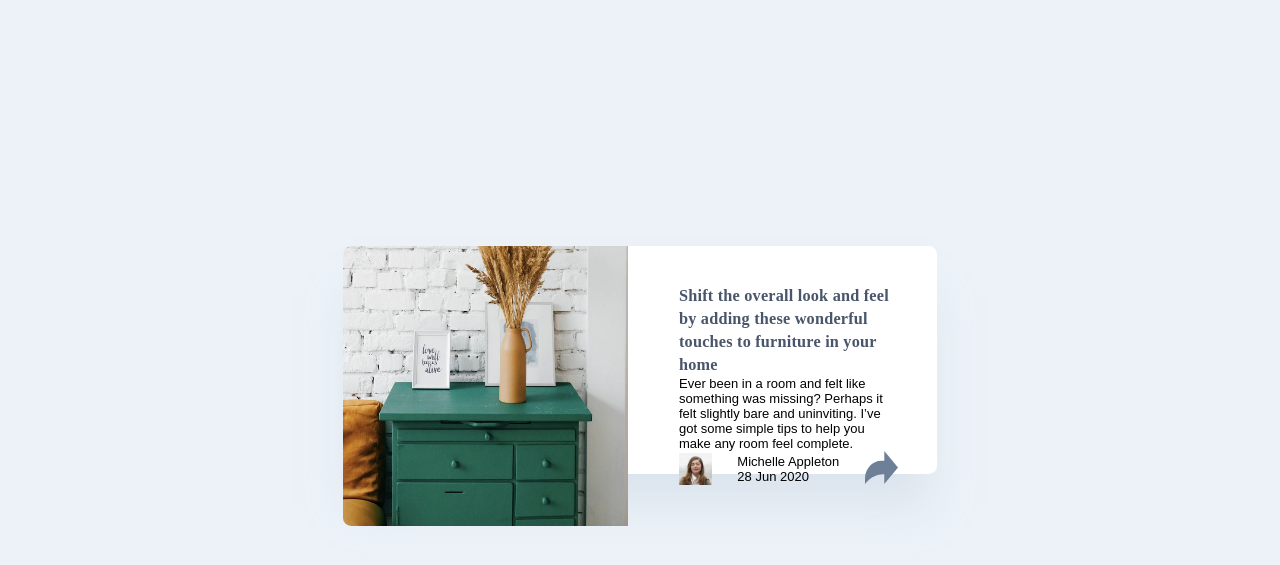
Repository: brandontaylor1/article-preview-component
Page: index.html
These files come from the project's save history. The page is drawn as it stood at one moment and after the next save; the edit follows.
The browser window is 1280 px wide. The pictures show the whole page.

Above is the page before, as saved 2025-01-13 21:48:06.

### index.html
<!DOCTYPE html>
<html lang="en">
<head>
    <meta charset="UTF-8">
    <meta name="viewport" content="width=device-width, initial-scale=1.0">
    <link rel="stylesheet" href="styles.css">
    <title>Article Preview Component</title>
</head>
<body>

    <div class="container">
        <main class="component">
            <div class="img-container">
                <img src="./assets/images/drawers.jpg" alt="Image of Drawers">
            </div>
            <div class="component-content">
                <h2>Shift the overall look and feel by adding these wonderful touches to furniture in your home</h2>
                <p>Ever been in a room and felt like something was missing? Perhaps it felt slightly bare and uninviting. I’ve got some simple tips to help you make any room feel complete.</p>
                <div class="social-box">
                    <img src="./assets/images/avatar-michelle.jpg" alt="Picture of User Michelle">
                    <div class="social-info">
                        <p>Michelle Appleton</p>
                        <p>28 Jun 2020</p>
                    </div>
                    <div class="share-btn">
                        <img src="./assets/images/icon-share.svg" alt="Share Icon">
                    </div>
                </div>
            </div>
        </main>
    </div>

    <script src="index.js"></script>
</body>
</html>

### styles.css
* {
    margin: 0;
    padding: 0;
    box-sizing: border-box;
}

:root {
    /* COLORS */
    --dark-grayish-blue: hsl(217, 19%, 35%);
    --desaturated-dark-blue: hsl(214, 17%, 51%);
    --grayish-blue: hsl(212, 23%, 69%);
    --light-grayish-blue: hsl(210, 46%, 95%);
}

html {
    font-size: 13px;
}

body {
    font-family: 'Nunito', sans-serif;
    background-color: var(--light-grayish-blue);
}

.container {
    height: 100vh;
    display: flex;
    justify-content: center;
    align-items: center;

}

.component {
    width: 45.625rem;
    height: 17.5rem;
    flex-shrink: 0;
    display: grid;
    grid-template-columns: 1fr 1fr;
    grid-template-rows: 1fr;
    border-radius: 0.625rem;
    background: #FFF;
    box-shadow: 0px 40px 40px -10px rgba(201, 213, 225, 0.50);
}

.img-container {
    width: 21.87rem;
}

.img-container img {
    width: 100%;
    height: 100%;
    border-radius: 0.625rem 0 0 0.625rem;
}

.component-content {
    width: 22.8125rem;
    padding: 3rem;
    flex-grow: 1;
}

.component-content h2 {
    color: #48556A;
    font-family: Manrope;
    font-size: 1.25rem;
    font-style: normal;
    font-weight: 700;
    line-height: 1.75rem; /* 140% */
    letter-spacing: 0.01563rem;
    width: 100%;
}

.social-box {
    display: flex;
    justify-content: space-between;
    align-items: center;
    width: 100%;
}

.social-box img {
    width: 2.5rem;
    height: 2.5rem;
}

Loaded but not shown: index.js (no stored copy; drawn as an empty file)

After the next save:
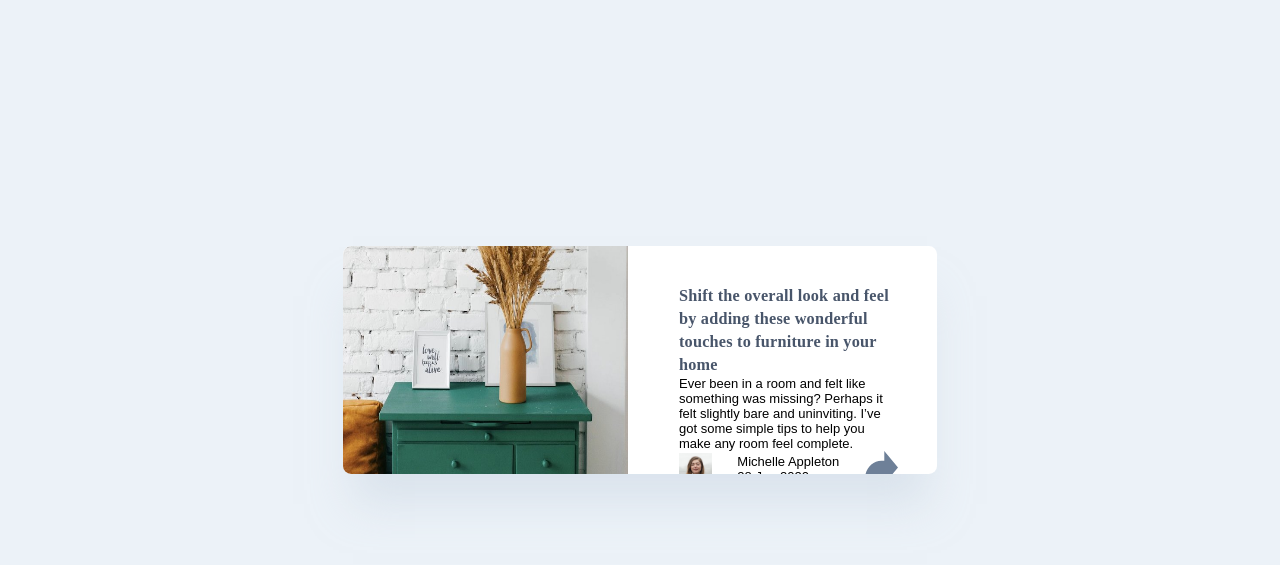
Saved 18 s later.
--- a/styles.css
+++ b/styles.css
@@ -39,6 +39,7 @@ body {
     border-radius: 0.625rem;
     background: #FFF;
     box-shadow: 0px 40px 40px -10px rgba(201, 213, 225, 0.50);
+    overflow: hidden;
 }
 
 .img-container {
